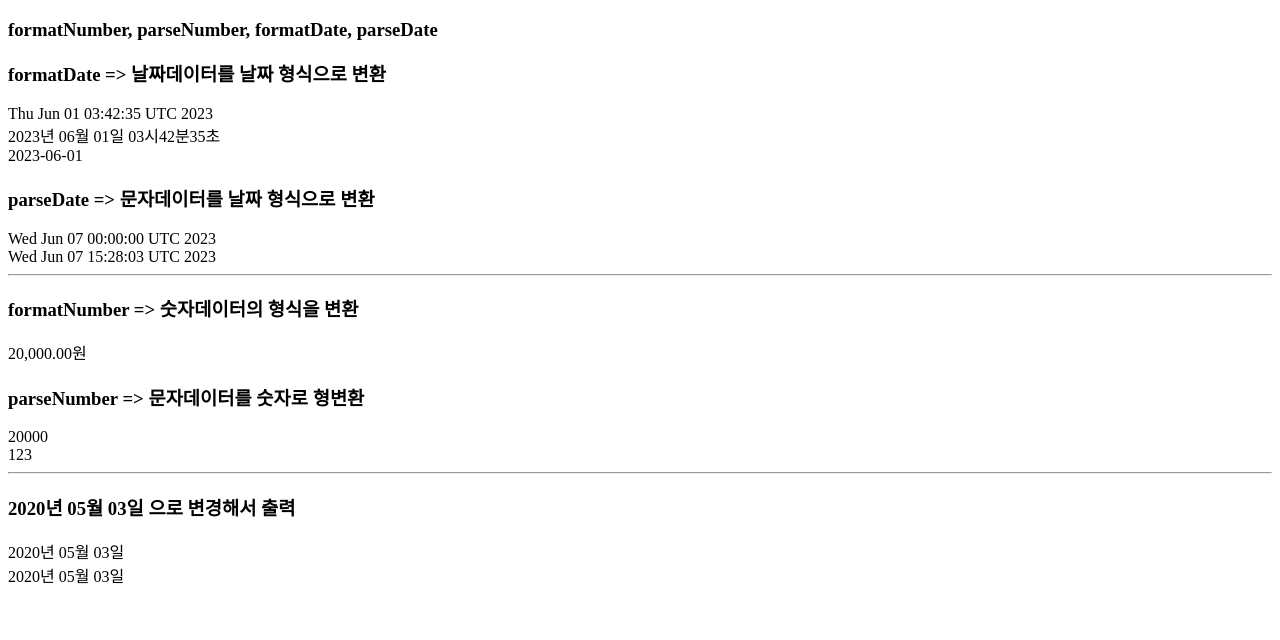
Repository: sun2898/JSP
Page: http://localhost/JSPBasic/JSTL/jstl_fmt.jsp
The author's editor kept a copy of each file at every save. The page is drawn from the files as they stood at one save, then again after the next save.
The browser window is 1280 px wide. The pictures show the whole page.
The page is served by Tomcat 9. Other server files are loaded and not shown.

Above is the page before, as saved 2023-06-07 06:52:51.

### JSPBasic/src/main/webapp/JSTL/jstl_fmt.jsp
<%@page import="java.util.Date"%>
<%@ page language="java" contentType="text/html; charset=UTF-8"
    pageEncoding="UTF-8"%>
<%@ taglib prefix="fmt" uri="http://java.sun.com/jsp/jstl/fmt" %>
<%@ taglib prefix="c" uri="http://java.sun.com/jsp/jstl/core" %>
<!DOCTYPE html>
<html>
<head>
<meta charset="UTF-8">
<title>Insert title here</title>
</head>
<body>

	<%--
	 fmt는 형변환을 다루는 기능을 가지고 있다.

	 Integer.parseInt() : String > int
	 parse -> 다른타입으로 형 변환
	 format -> 같은타입의 형태를 변환

	 날짜형태를 변환하는 것을 좀 더 주의깊게 공부할 것!
	 --%>

	<h3>formatNumber, parseNumber, formatDate, parseDate</h3>

	<h3>formatDate => 날짜데이터를 날짜 형식으로 변환</h3>

	<c:set var="a" value="<%=new Date() %>"/>

	${a } <!-- Wed Jun 07 15:19:02 KST 2023 -->
	<br>
	<fmt:formatDate var="a01" value="${a }" pattern="yyyy년 MM월 dd일 HH시mm분ss초"/>
	<fmt:formatDate var="a02" value="${a }" pattern="yyyy-MM-dd"/>
	${a01 }<br>
	${a02 }<br>

	<h3>parseDate => 문자데이터를 날짜 형식으로 변환</h3>

	<fmt:parseDate value="2023-06-07" pattern="yyyy-MM-dd"/><br>
	<fmt:parseDate value="2023년06월07일 15시28분03초" pattern="yyyy년MM월dd일 HH시mm분ss초"/>

	<hr>

	<h3>formatNumber => 숫자데이터의 형식을 변환</h3>

	<c:set var ="b" value="20000"/>

	<fmt:formatNumber value="${b }" pattern="00,000.00원"/><br>

	<h3>parseNumber => 문자데이터를 숫자로 형변환</h3>

	<fmt:parseNumber value="20,000원" pattern="00,000원"/><br>
	<fmt:parseNumber value="123asd원" pattern="000asd원"/>

	<hr/>

	<h3>2020년 05월 03일 으로 변경해서 출력</h3>
	<c:set var="TIME_A" value="2020/05/03" />
	<c:set var="TIME_C" value="2020-05-03 21:30:22" />
	<c:set var="TIME_D" value="<%=new Date() %>" />

	<fmt:parseDate var="A" value="${TIME_A }" pattern="yyyy/MM/dd"/>
	<fmt:formatDate value="${A }" pattern="yyyy년 MM월 dd일"/><br>

	<fmt:parseDate var="C" value="${TIME_C }" pattern = "yyyy-MM-dd HH:mm:ss"/>
	<fmt:formatDate value="${C }" pattern = "yyyy년 MM월 dd일"/><br>












</body>
</html>

After the next save:
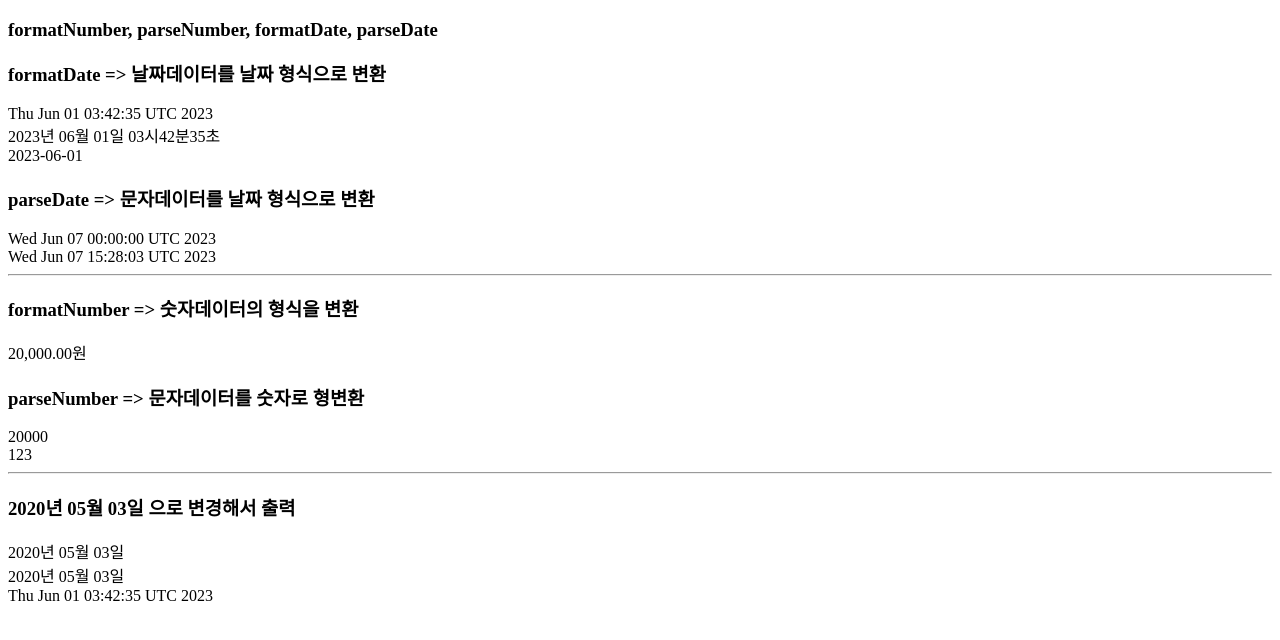
Saved 5 min 44 s later.
--- a/JSPBasic/src/main/webapp/JSTL/jstl_fmt.jsp
+++ b/JSPBasic/src/main/webapp/JSTL/jstl_fmt.jsp
@@ -65,7 +65,7 @@
 	<fmt:parseDate var="C" value="${TIME_C }" pattern = "yyyy-MM-dd HH:mm:ss"/>
 	<fmt:formatDate value="${C }" pattern = "yyyy년 MM월 dd일"/><br>
 
-
+	${TIME_D }
 
 
 
